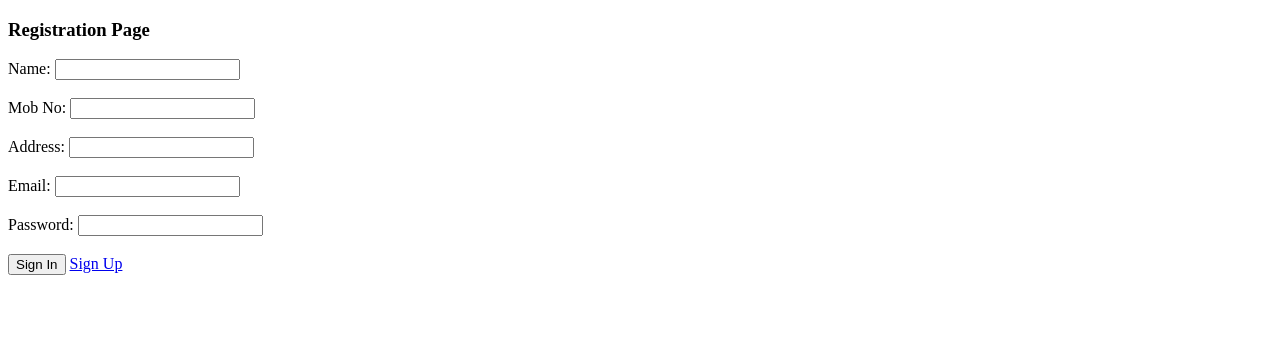
Repository: VinayBhirud/bookshop1
Page: bookshop1/src/main/webapp/register.html
An editor plug-in stored every save of this project. The page is shown before and after the next save, followed by the edit.
The browser window is 1280 px wide. The pictures show the whole page.

Above is the page before, as saved 2023-06-20 13:06:42.

After the next save:
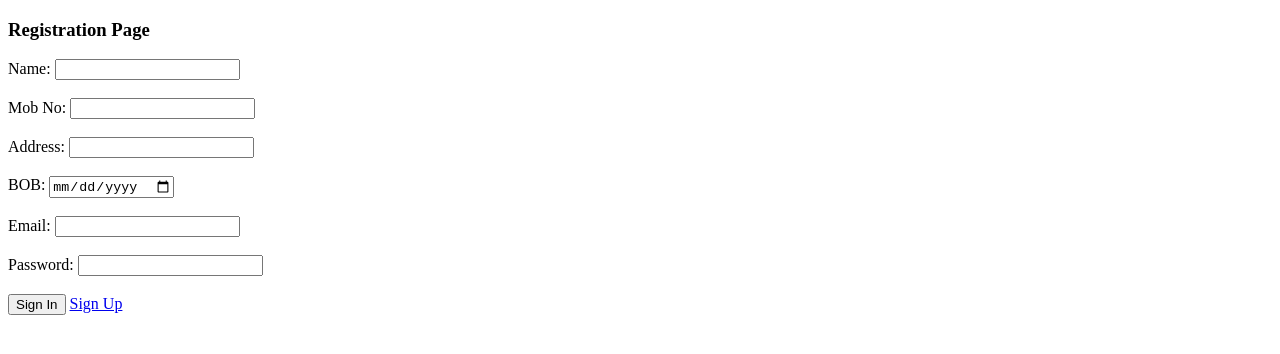
Saved 72 s later.
--- a/bookshop1/src/main/webapp/register.html
+++ b/bookshop1/src/main/webapp/register.html
@@ -10,6 +10,7 @@
 		Name: <input type="text" name="name"/><br><br>
 		Mob No: <input type="text" name="mobno"/><br><br>
 		Address: <input type="text" name="mobno"/><br><br>
+		BOB: <input type="date" name="mobno"/><br><br>
 		Email: <input type="text" name="email"/><br><br>
 		Password: <input type="password" name="passwd"/><br/><br/>
 		<input type="submit" value="Sign In"/>
